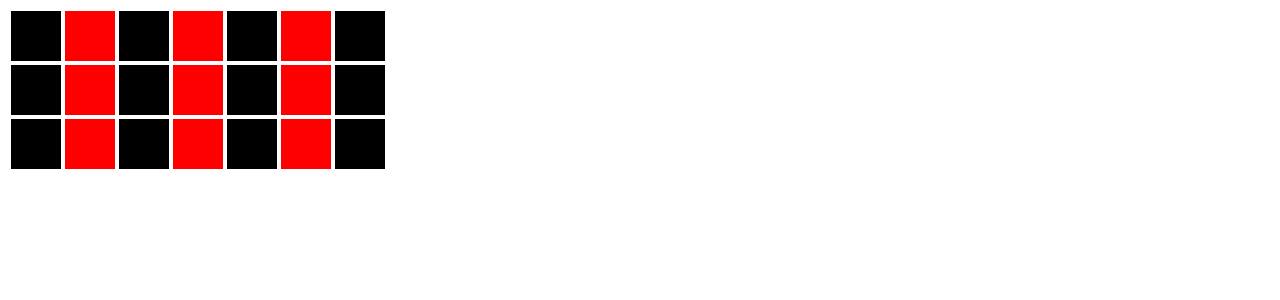
Repository: andrewjknell/JavaSpring
Page: http://localhost/CheckerBoard/NewFile.jsp
The author's editor kept a copy of each file at every save. The page is drawn from the files as they stood at one save, then again after the next save.
The browser window is 1280 px wide. The pictures show the whole page.
The page is served by Tomcat 9.

Above is the page before, as saved 2019-11-01 23:32:01.

### CheckerBoard/WebContent/NewFile.jsp
<%@ page language="java" contentType="text/html; charset=ISO-8859-1"
    pageEncoding="ISO-8859-1"%>
<!DOCTYPE html>
<html>
<head>
<meta charset="ISO-8859-1">
<link href="style.css" rel="stylesheet"/>
<title>Insert title here</title>
</head>
<body>

	 	<table>
	 		<% for(int red = 0; red < 3; red++){ %>
	 		<tr>
			<% for(int black = 0; black < 7; black++){ %>
	 			<% if(black%2 == 0){ %>
	 			<td><div class="black"></div></td>
	 			<% } %>
	 			<% if(black%2 != 0){ %>
	 			<td><div class="red"></div></td>
	 			<% } %>
			<%} %>
	 		</tr>
	 		<% } %>

	 	</table>

</body>
</html>

### CheckerBoard/WebContent/style.css
@charset "ISO-8859-1";
.black{
	height: 50px;
	width: 50px;
	background-color: black;
}
.red{
	height: 50px;
	width: 50px;
	background-color: red;
}

After the next save:
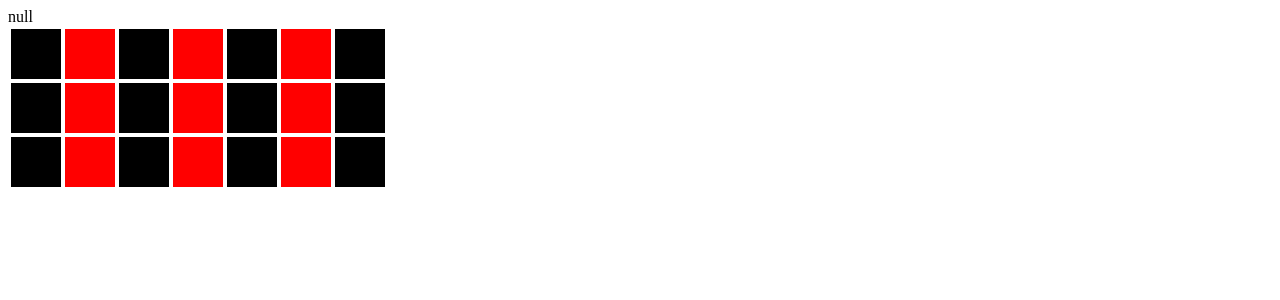
Saved 2 min 12 s later.
--- a/CheckerBoard/WebContent/NewFile.jsp
+++ b/CheckerBoard/WebContent/NewFile.jsp
@@ -8,7 +8,8 @@
 <title>Insert title here</title>
 </head>
 <body>
-
+ 		<% String req = request.getParameter("height"); %>
+ 		<%= req %>
 	 	<table>
 	 		<% for(int red = 0; red < 3; red++){ %>
 	 		<tr>
